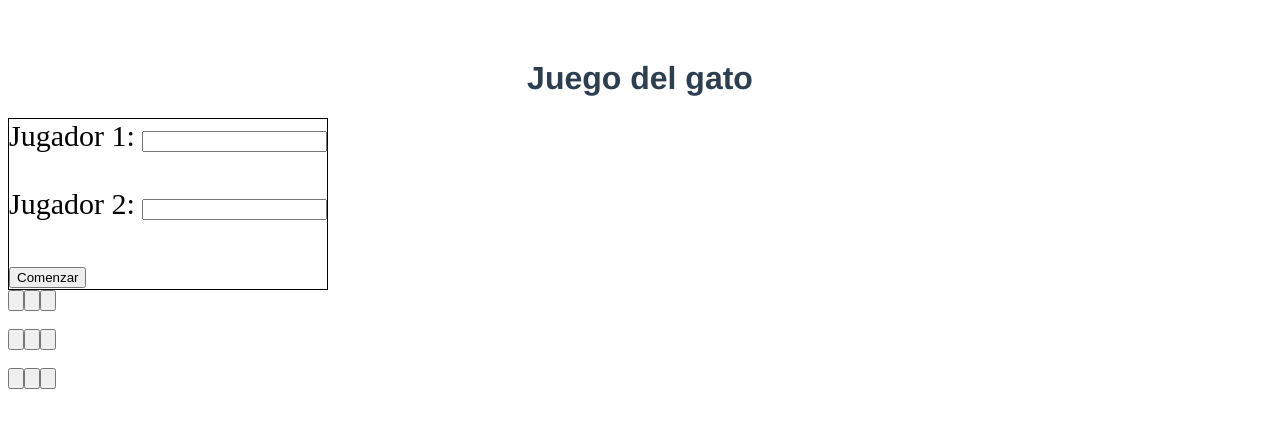
Repository: franciscamanquecheo/Taller-2
Page: / (app in vite-project/)
An editor plug-in stored every save of this project. The page is shown before and after the next save, followed by the edit.
The browser window is 1280 px wide. The pictures show the whole page.
The project was rebuilt for these pictures with package versions that can differ from the ones it lists, and the page was loaded fresh each time. Also part of the build but not shown: vite-project/vite.config.ts.

Above is the page before, as saved 2022-06-17 17:32:27.

### vite-project/src/App.vue
<script setup lang="ts">
// This starter template is using Vue 3 <script setup> SFCs
// Check out https://vuejs.org/api/sfc-script-setup.html#script-setup
import HelloWorld from './components/HelloWorld.vue'
</script>

<template>
 <h1>Juego del gato</h1>
<section>
 <article id="comandos">
  Jugador 1:
  <input type="text" id="jugador1"><br><br>
  Jugador 2:
  <input type="text" id="jugador 2"><br><br>
  <input type="button" id="comenzar" value="Comenzar">
  <label id="TurnoJugador"></label>
 </article>
  <article id="Tablero">
    <input type="button" id="casilla1">
    <input type="button" id="casilla2">
    <input type="button" id="casilla3"><br><br>

    <input type="button" id="casilla4">
    <input type="button" id="casilla5">
    <input type="button" id="casilla6"><br><br>

    <input type="button" id="casilla7">
    <input type="button" id="casilla8">
    <input type="button" id="casilla9">



  </article>











</section>
</template>

<style>
h1 {
  font-family: Avenir, Helvetica, Arial, sans-serif;
  -webkit-font-smoothing: antialiased;
  -moz-osx-font-smoothing: grayscale;
  text-align: center;
  color: #2c3e50;
  margin-top: 60px;
}
article#comandos{
  border: 200px;
  display: inline-block;
  text-align: left;
  border: 1px solid black;
font-size: 30px;


}
section{
  display: inline-block;
  margin: 0 auto;

  width: 100%;
}
template{
  background-color: #2c3e50;
}
</style>

Loaded but not shown: vite-project/index.html (common file); vite-project/src/main.ts (common file)

After the next save:
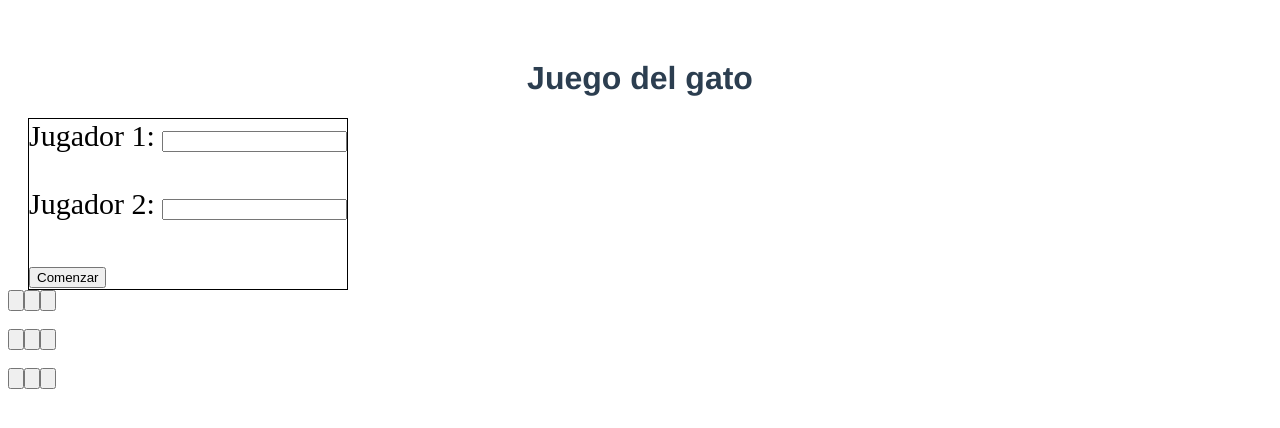
Saved 71 s later.
--- a/vite-project/src/App.vue
+++ b/vite-project/src/App.vue
@@ -55,10 +55,11 @@ h1 {
   margin-top: 60px;
 }
 article#comandos{
-  border: 200px;
+
   display: inline-block;
   text-align: left;
   border: 1px solid black;
+  margin-left: 20px;
 font-size: 30px;
 
 
